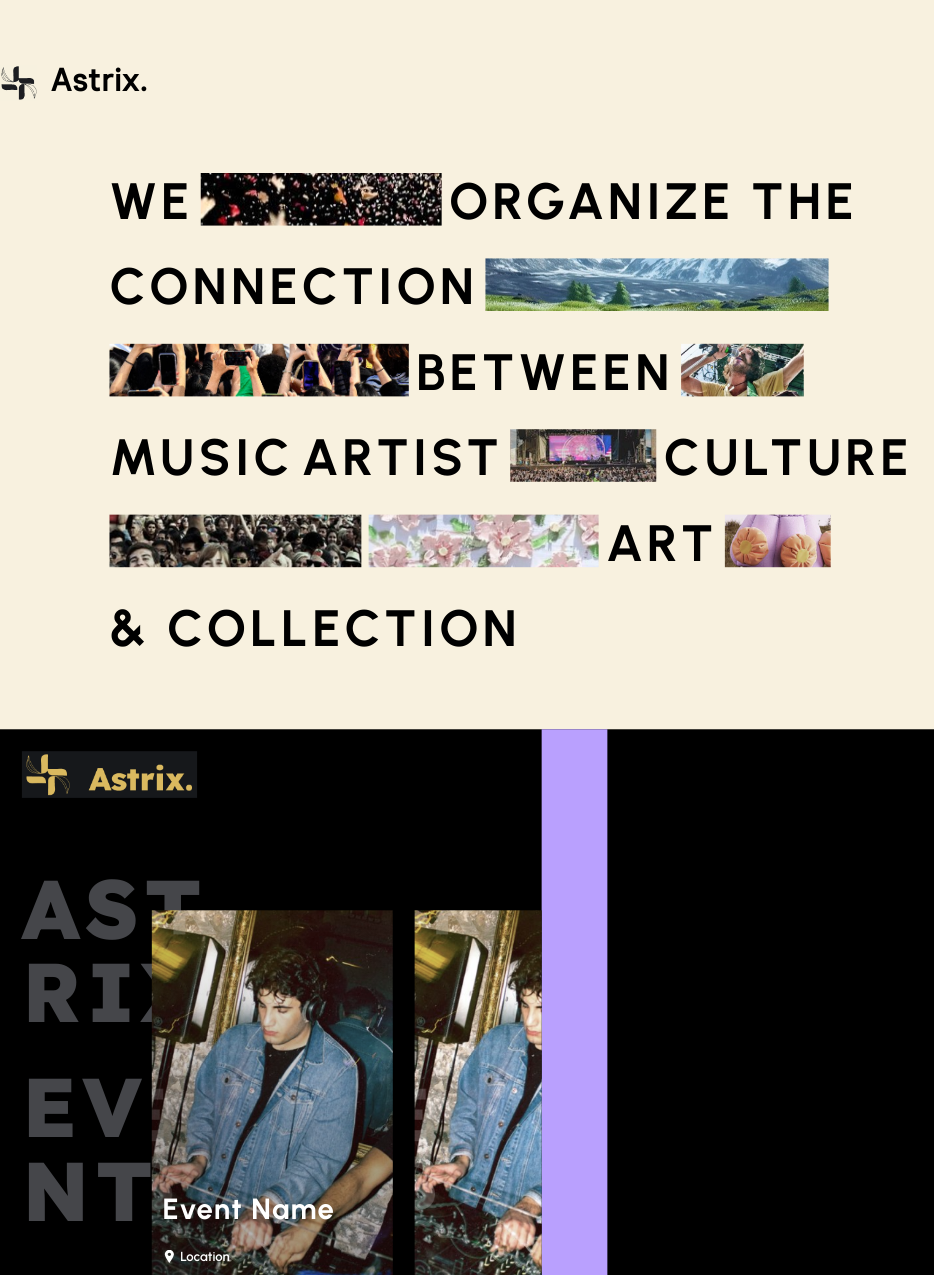
Repository: sharma171/astrix
Page: /
These files come from the project's save history. The page is drawn as it stood at one moment and after a run of saves; the edit follows.
The browser window is 1280 px wide. The pictures show the whole page, at 73% of full size.
The project was rebuilt for these pictures with package versions that can differ from the ones it lists, and the page was loaded fresh each time.

Above is the page before, as saved 2024-05-20 14:46:09.

After the next 2 saves:
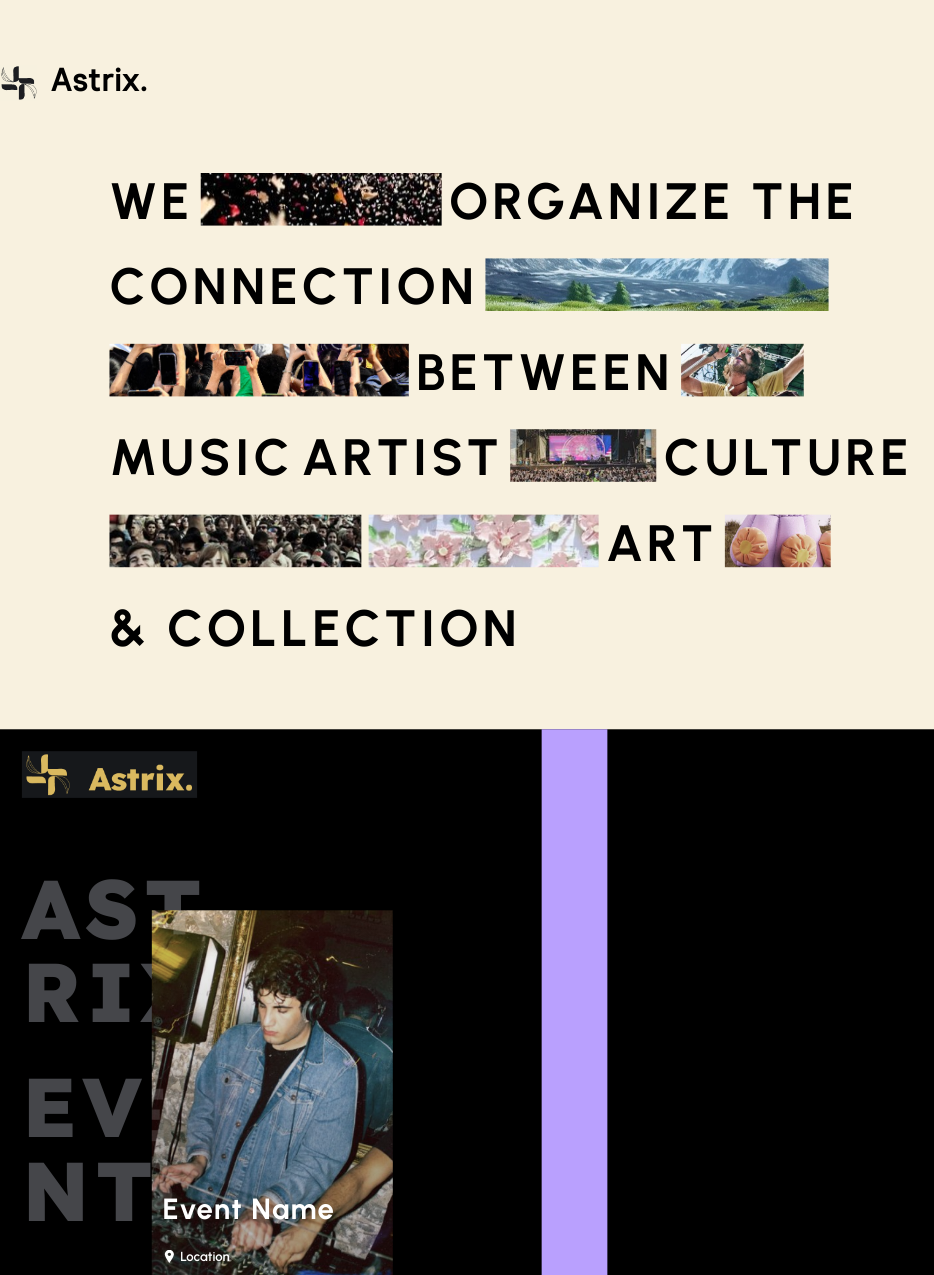
The 2 saves are shown as one change because they came seconds apart.
The last was saved 53 s later.
--- a/src/component/homesection.js
+++ b/src/component/homesection.js
@@ -30,13 +30,6 @@
                                                 </div>
                                             </div>
                                         </div>
-                                        <div className="car-item">
-                                            <img src={CarImage1} alt="carousel" className="carimg" />
-                                        </div>
-                                        <div className="car-item">
-                                            <img src={CarImage1} alt="carousel" className="carimg" />
-
-                                        </div>
                                     </div>
                                 </div>
                             </div>
